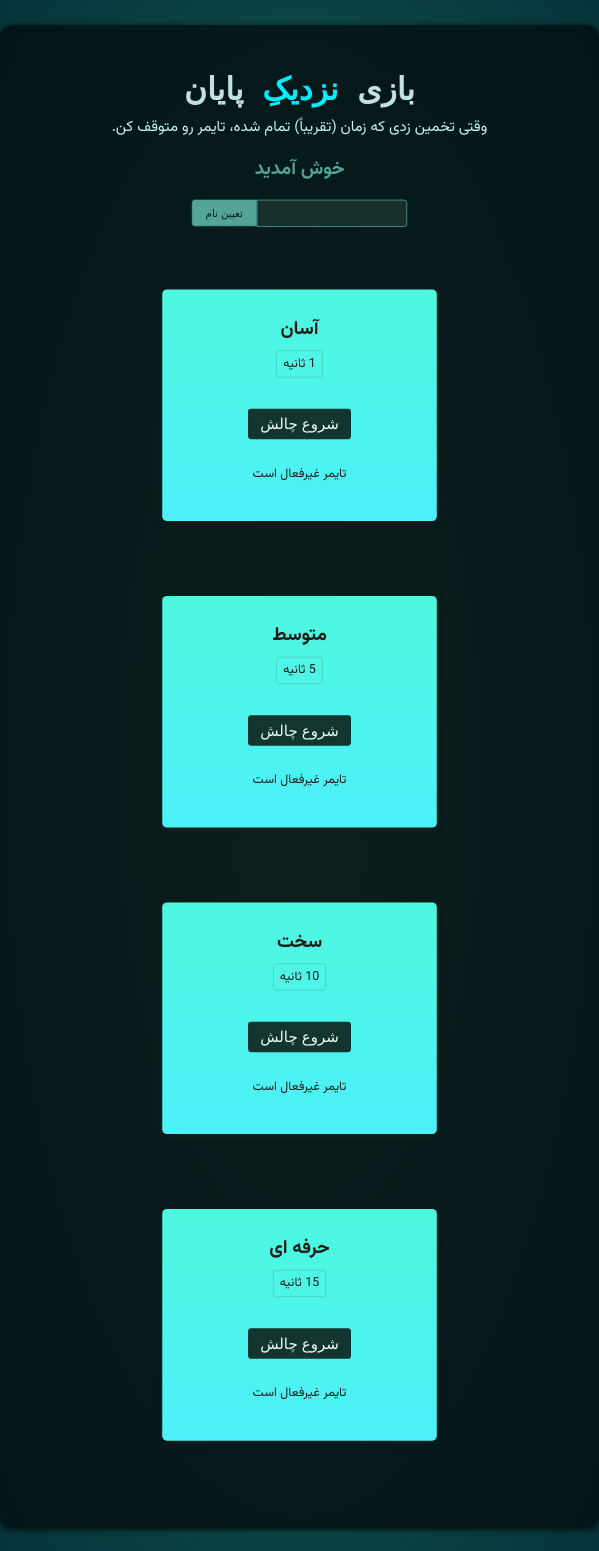
Repository: H-ala/react-near-end
Page: /
The author's editor kept a copy of each file at every save. The page is drawn from the files as they stood at one save, then again after the next save.
The browser window is 768 px wide. The pictures show the whole page, at 78% of full size.
The project was rebuilt for these pictures with package versions that can differ from the ones it lists, and the page was loaded fresh each time. Also part of the build but not shown: vite.config.js.

Above is the page before, as saved 2025-10-21 19:46:51.

### index.html
<!DOCTYPE html>
<html lang="en">

<head>
  <meta charset="UTF-8" />
  <link rel="icon" type="image/svg+xml" href="/vite.svg" />
  <meta name="viewport" content="width=device-width, initial-scale=1.0" />
  <title>Refs & Portals</title>
</head>

<body>
  <div id="modal"></div>
  <div id="content">
    <header>
      <h1>بازی <em>نزدیکِ</em> پایان</h1>
      <p>وقتی تخمین زدی که زمان (تقریباً) تمام شده، تایمر رو متوقف کن.</p>
    </header>
    <div id="root"></div>
  </div>
  <script type="module" src="/src/main.jsx"></script>
</body>

</html>

### src/App.jsx
import Player from "./components/Player.jsx";
import TimerChallenge from "./components/TimerChallenge.jsx";

function App() {
  return (
    <>
      <Player />
      <div id="challenges">
        <TimerChallenge title="آسان" targetTime={1} />
        <TimerChallenge title="متوسط" targetTime={5} />
        <TimerChallenge title="سخت" targetTime={10} />
        <TimerChallenge title="حرفه ای" targetTime={15} />
      </div>
    </>
  );
}

export default App;

### src/index.css
@import url("https://fonts.googleapis.com/css2?family=Vazirmatn:wght@400;700&display=swap");

* {
  box-sizing: border-box;
}

body {
  margin: 0;
  font-family: "Vazirmatn", sans-serif;
  -webkit-font-smoothing: antialiased;
  -moz-osx-font-smoothing: grayscale;
  background: radial-gradient(#186a5e, #053339);
  color: #e1eeeb;
  direction: rtl;
  min-height: 100vh;
}

#content {
  max-width: 60rem;
  margin: 2rem auto;
  padding: 2rem;
  background: radial-gradient(#0b201d, #021619);
  border-radius: 16px;
  box-shadow: 0 2px 8px rgba(0, 0, 0, 0.8);
}

h1 {
  font-family: "Handjet", monospace;
  text-align: center;
  text-transform: uppercase;
  color: #c1e2dd;
  text-shadow: 0 0 4px rgba(35, 34, 34, 0.4);
  font-size: 3.5rem;
  margin-bottom: 0.5rem;
}

h1 em {
  font-style: normal;
  color: #00eeff;
}

header p {
  font-size: 1.2rem;
  margin: 0;
  text-align: center;
  color: #c6f4f2;
}

#player {
  text-align: center;
}

#player h2 {
  color: #54a399;
}

#player p {
  display: flex;
  justify-content: center;
  align-items: center;
}

#player input {
  font: inherit;
  border: 1px solid #54a399;
  background-color: #192f2b;
  border-radius: 4px;
  border-top-left-radius: 0;
  border-bottom-left-radius: 0;
  padding: 0.25rem;
  color: #d1f0ec;
}

#player button {
  cursor: pointer;
  background-color: #54a399;
  border: 1px solid #54a399;
  padding: 0.55rem 1rem;
  color: #061e1a;
  border-top-left-radius: 4px;
  border-bottom-left-radius: 4px;
}

#player button:hover {
  background-color: #3c8379;
  border-color: #3c8379;
}

#challenges {
  max-width: 50rem;
  margin: 3rem auto;
  display: flex;
  flex-wrap: wrap;
  gap: 2rem;
}

.challenge {
  width: 22rem;
  display: flex;
  flex-direction: column;
  align-items: center;
  justify-content: center;
  padding: 2rem;
  margin: 2rem auto;
  background: linear-gradient(#4df8df, #4df0f8);
  color: #221c18;
  box-shadow: 0 2px 8px rgba(35, 34, 34, 0.6);
  border-radius: 6px;
}

.challenge button {
  margin-top: 1rem;
  padding: 0.5rem 1rem;
  border: none;
  border-radius: 4px;
  background: #12352f;
  color: #edfcfa;
  font-size: 1.2rem;
  cursor: pointer;
}

.challenge button:hover {
  background: #051715;
}

.challenge h2 {
  font-size: 1.5rem;
  margin: 0;
  text-align: center;
  color: #221c18;
}

.challenge-time {
  border: 1px solid #46cebe;
  border-radius: 4px;
  padding: 0.25rem 0.5rem;
  margin: 0.5rem;
}

.challenge .active {
  animation: flash 1s infinite;
}

.result-modal {
  border: none;
  border-radius: 8px;
  padding: 2rem;
  background-color: #d7fcf8;
}

.result-modal[open] {
  animation: slide-in-from-top 0.35s ease-out;
}

.result-modal::backdrop {
  background: rgba(0, 0, 0, 0.9);
}

.result-modal h2 {
  font-family: "Handjet", monospace;
  margin: 0 0 0.25rem 0;
  font-size: 3rem;
  text-transform: uppercase;
}

.result-modal progress {
  width: 100%;
  height: 1.5rem;
  margin: 0;
  accent-color: #46cebe;
}

.result-modal p {
  margin: 0.5rem 0;
  font-size: 1.2rem;
}

.result-modal p strong {
  color: #10655b;
}

.result-modal form {
  text-align: right;
}

.result-modal button {
  margin-top: 1rem;
  padding: 0.5rem 1rem;
  border: none;
  border-radius: 4px;
  background: #12352f;
  color: #edfcfa;
  font-size: 1.2rem;
  cursor: pointer;
}

.result-modal button:hover {
  background: #051715;
}

@keyframes slide-in-from-top {
  0% {
    transform: translateY(-15%);
    opacity: 0;
  }
  100% {
    transform: translateY(0);
    opacity: 1;
  }
}

@keyframes flash {
  0% {
    opacity: 0.5;
  }
  50% {
    opacity: 1;
  }
  100% {
    opacity: 0.5;
  }
}

@media (max-width: 768px) {
  h1 {
    font-size: 2.5rem;
  }}
/*
  header p {
    font-size: 1rem;
  }

  #player input {
    width: 100%;
    margin-bottom: 0.5rem;
  }

  #player button {
    width: 100%;
    border-radius: 4px;
    border-top-left-radius: 4px;
    border-bottom-left-radius: 4px;
  }

  #challenges {
    gap: 1rem;
  }

  .challenge {
    padding: 1.5rem;
    flex: 1 1 100%;
  }

  .challenge h2 {
    font-size: 1.3rem;
  }

  .challenge button {
    font-size: 1rem;
  }

  .result-modal h2 {
    font-size: 2rem;
  }

  .result-modal p {
    font-size: 1rem;
  }
}

@media (max-width: 480px) {
  h1 {
    font-size: 2rem;
  }

  #content {
    padding: 1rem;
  }

  .challenge {
    padding: 1rem;
  }

  .challenge h2 {
    font-size: 1.1rem;
  }

  .challenge button {
    font-size: 0.9rem;
    padding: 0.4rem 0.8rem;
  }

  #player h2 {
    font-size: 1.2rem;
  }
} */

### src/components/Player.jsx
import { useState, useRef } from "react";

export default function Player() {
  const playerName = useRef();
  const [enteredPlayerName, setEnteredPlayerName] = useState("");

  function handleClick() {
    setEnteredPlayerName(playerName.current.value);
    playerName.current.value = "";
  }

  return (
    <section id="player">
      <h2>خوش آمدید {enteredPlayerName ?? "unknown entity"}</h2>
      <p>
        <input
          ref={playerName}
          type="text"
        />
        <button onClick={handleClick}>تعیین نام</button>
      </p>
    </section>
  );
}

### src/components/TimerChallenge.jsx
import { useState, useRef } from "react";
import ResultModal from "./ResultModal";

export default function TimerChallenge({ title, targetTime }) {
  const timer = useRef();
  const dialog = useRef();

  const [timeRemaining, setTimeRemaining] = useState(targetTime * 1000);
  const timerIsActive = timeRemaining > 0 && timeRemaining < targetTime * 1000;

  if (timeRemaining <= 0) {
    clearInterval(timer.current);
    dialog.current.open();
  }

  function handleStart() {
    timer.current = setInterval(() => {
      setTimeRemaining((prevTimeRemaining) => prevTimeRemaining - 10);
    }, 10);
  }

  function handleReset() {
    setTimeRemaining(targetTime * 1000);
  }

  function handleStop() {
    clearInterval(timer.current);
    dialog.current.open();
  }

  return (
    <>
      <ResultModal
        ref={dialog}
        targetTime={targetTime}
        remainingTime={timeRemaining}
        onReset={handleReset}
      />
      <section className="challenge">
        <h2>{title}</h2>
        <p className="challenge-time">
          {targetTime} ثانیه
        </p>
        <p>
          <button onClick={timerIsActive ? handleStop : handleStart}>
            {timerIsActive ? "توقف" : "شروع"} چالش
          </button>
        </p>
        <p className={timerIsActive ? "active" : undefined}>
          {timerIsActive ? "زمان داره میگذره..." : "تایمر غیرفعال است"}
        </p>
      </section>
    </>
  );
}

### src/components/ResultModal.jsx
import { useImperativeHandle, useRef } from "react";
import { createPortal } from "react-dom";

export default function ResultModal({ ref, targetTime, remainingTime, onReset }) {
  const dialog = useRef();

  const userLost = remainingTime <= 0;
  const formattedRemainingTime = (remainingTime / 1000).toFixed(2);
  const score = Math.round((1 - (remainingTime / (targetTime * 1000))) * 100);

  useImperativeHandle(ref, () => {
    return {
      open() {
        dialog.current.showModal();
      },
    };
  });

  return createPortal(
    <dialog ref={dialog} className="result-modal" onClose={onReset}>
      {userLost && <h2>تو باختی!</h2>}
      {!userLost && <h2>امتیاز : {score}</h2>}
      <p>
        زمان تارگت <strong>{targetTime} ثانیه بود. </strong>
      </p>
      <p>
        زمان رو وقتی
        <strong> {formattedRemainingTime} ثانیه مونده بود متوقف کردی. </strong>
      </p>
      <form action="dialog" onSubmit={onReset}>
        <button>بستن</button>
      </form>
    </dialog>,
    document.getElementById("modal")
  );
}

Loaded but not shown: src/main.jsx (common file)

After the next save:
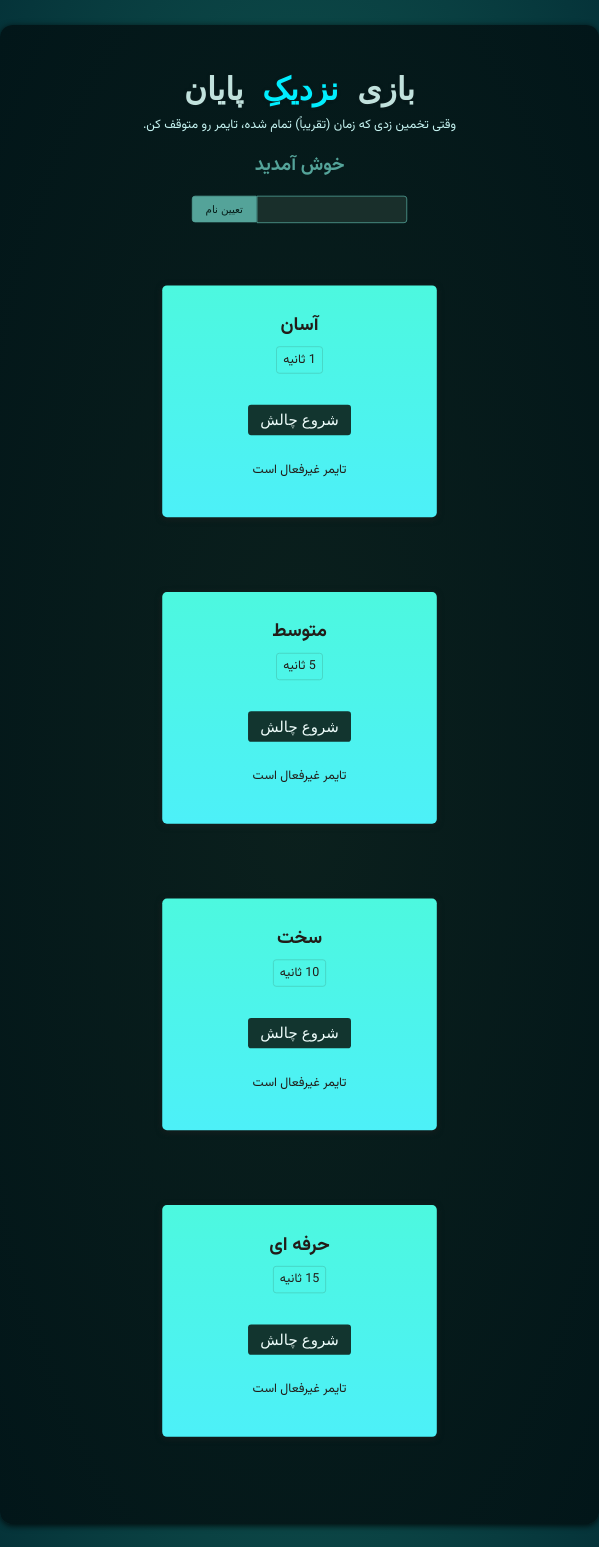
Saved 67 s later.
--- a/src/index.css
+++ b/src/index.css
@@ -224,73 +224,8 @@ header p {
 @media (max-width: 768px) {
   h1 {
     font-size: 2.5rem;
-  }}
-/*
+  }
+
   header p {
     font-size: 1rem;
-  }
-
-  #player input {
-    width: 100%;
-    margin-bottom: 0.5rem;
-  }
-
-  #player button {
-    width: 100%;
-    border-radius: 4px;
-    border-top-left-radius: 4px;
-    border-bottom-left-radius: 4px;
-  }
-
-  #challenges {
-    gap: 1rem;
-  }
-
-  .challenge {
-    padding: 1.5rem;
-    flex: 1 1 100%;
-  }
-
-  .challenge h2 {
-    font-size: 1.3rem;
-  }
-
-  .challenge button {
-    font-size: 1rem;
-  }
-
-  .result-modal h2 {
-    font-size: 2rem;
-  }
-
-  .result-modal p {
-    font-size: 1rem;
-  }
-}
-
-@media (max-width: 480px) {
-  h1 {
-    font-size: 2rem;
-  }
-
-  #content {
-    padding: 1rem;
-  }
-
-  .challenge {
-    padding: 1rem;
-  }
-
-  .challenge h2 {
-    font-size: 1.1rem;
-  }
-
-  .challenge button {
-    font-size: 0.9rem;
-    padding: 0.4rem 0.8rem;
-  }
-
-  #player h2 {
-    font-size: 1.2rem;
-  }
-} */
+}}
